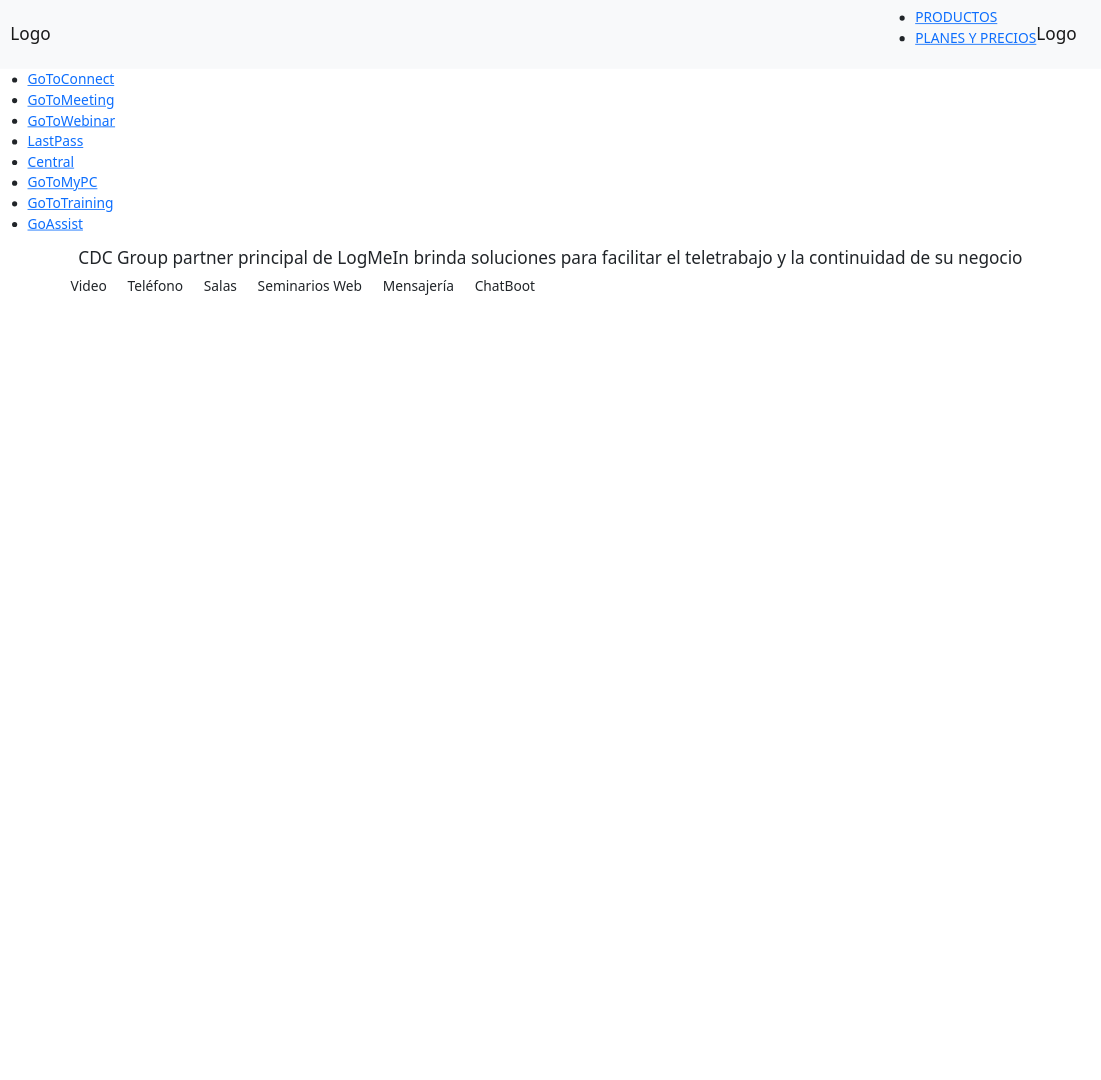
Repository: onehitwondermx/cdclogmein
Page: index.html
These files come from the project's save history. The page is drawn as it stood at one moment and after the next save; the edit follows.
The browser window is 1280 px wide. The pictures show the whole page, at 86% of full size.

Above is the page before, as saved 2021-06-03 20:29:48.

### index.html
<!DOCTYPE html>
<html lang="es">
  <head>
    <meta charset="utf-8">
    <meta name="viewport" content="width=device-width, initial-scale=1">
    <script src="https://cdn.jsdelivr.net/npm/bootstrap@5.0.1/dist/js/bootstrap.bundle.min.js" integrity="sha384-gtEjrD/SeCtmISkJkNUaaKMoLD0//ElJ19smozuHV6z3Iehds+3Ulb9Bn9Plx0x4" crossorigin="anonymous"></script>
    <link href="https://cdn.jsdelivr.net/npm/bootstrap@5.0.1/dist/css/bootstrap.min.css" rel="stylesheet" integrity="sha384-+0n0xVW2eSR5OomGNYDnhzAbDsOXxcvSN1TPprVMTNDbiYZCxYbOOl7+AMvyTG2x" crossorigin="anonymous">
    <title>LogMeIn - CDC Gropu</title>
  </head>
<body>
  <nav class="navbar navbar-expand-lg navbar-light bg-light">
    <div class="container-fluid">
        <a href="#" class="navbar-brand">Logo</a>
        <button class="navbar-toggler" type="button" data-bs-toggle="collapse" data-bs-target="#navbarText" aria-controls="navbarText" aria-expanded="false" aria-label="Toggle navigation">
          <span class="navbar-toggler-icon"></span>
        </button>
        <div class="collapse navbar-collapse" id="navbarText"></div>
        <div class="row">
            <ul>
              <li><a href="#">PRODUCTOS</a></li>
              <li><a class="dropdown-trigger" href="#" data-target="dropdown1">PLANES Y PRECIOS</a></li>
            </ul>
        </div>
        <a href="#" class="navbar-brand">Logo</a>
    </div>
  </nav>
      <!-- Dropdown Structure -->
    <ul id="dropdown1" class="dropdown-content">
      <li><a href="#">GoToConnect</a></li>
      <li><a href="#">GoToMeeting</a></li>
      <li><a href="#">GoToWebinar</a></li>
      <li><a href="#">LastPass</a></li>
      <li><a href="#">Central</a></li>
      <li><a href="#">GoToMyPC</a></li>
      <li><a href="#">GoToTraining</a></li>
      <li><a href="#">GoAssist</a></li>
    </ul>
    </div>

  <div class="container-fluid">
      <div class="row justify-content-md-center">
        <div class="col-md-auto">
          <h5 class="center-align">
            CDC Group partner principal de LogMeIn brinda soluciones para facilitar el teletrabajo y la continuidad de su negocio
          </h5>
        </div>
      </div>
  </div>
  <div class="container">
    <div class="row row-cols-auto">
      <div class="col">
        <span>Video</span>
      </div>
      <div class="col">
        <span>Teléfono</span>
      </div>
      <div class="col">
        <span>Salas</span>
      </div>
      <div class="col">
        <span>Seminarios Web</span>
      </div>
      <div class="col">
        <span>Mensajería
        </span>
      </div>
      <div class="col">
        <span>ChatBoot</span>
      </div>
    </div>
  </div>

   <br><br><br><br><br><br><br><br><br><br><br><br><br><br><br><br><br><br><br><br><br><br><br><br><br><br><br><br><br><br><br><br><br><br><br><br><br><br>
  </body>
</html>

After the next save:
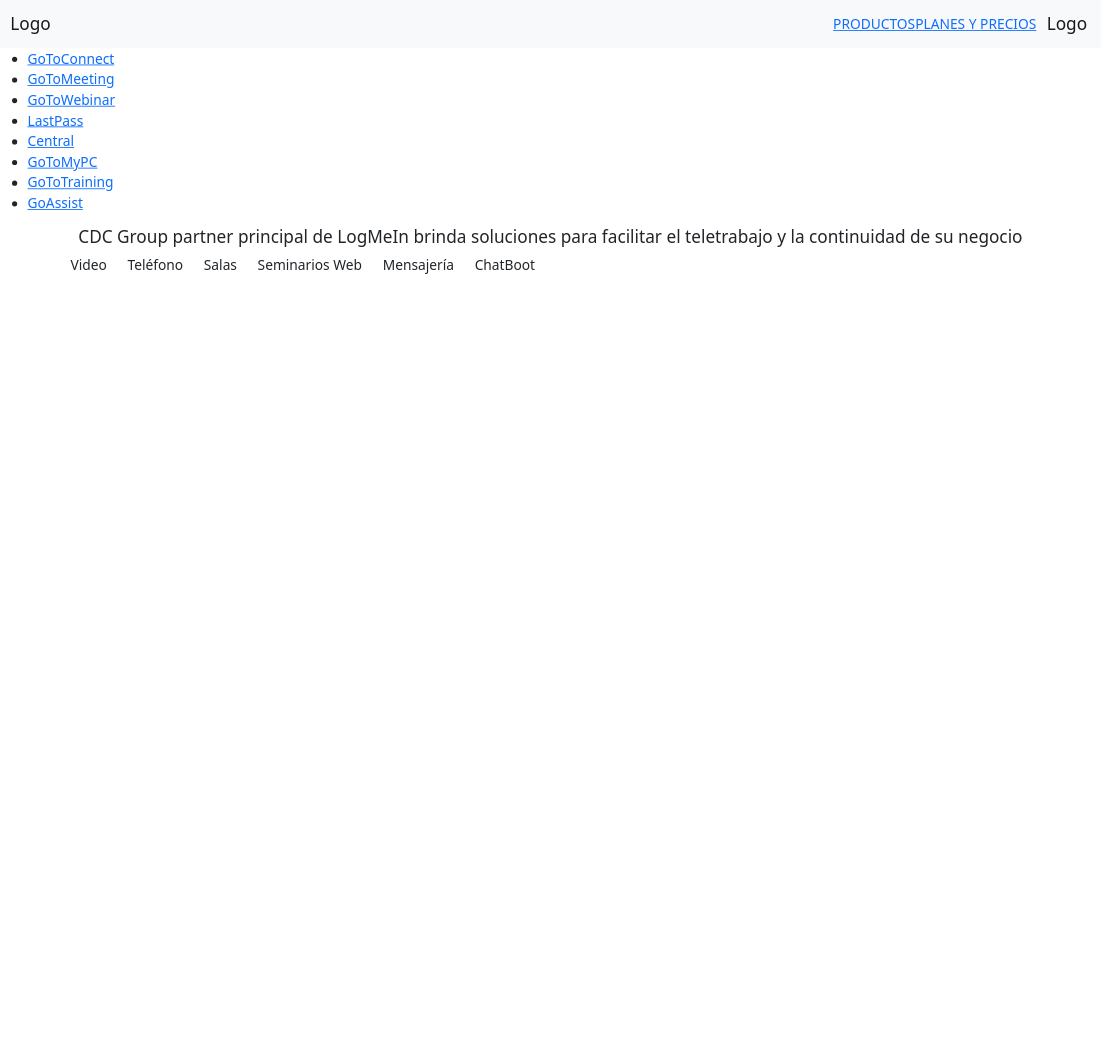
Saved 24 s later.
--- a/index.html
+++ b/index.html
@@ -15,8 +15,7 @@
           <span class="navbar-toggler-icon"></span>
         </button>
         <div class="collapse navbar-collapse" id="navbarText"></div>
-        <div class="row">
-            <ul>
+            <ul class="navbar-nav me-auto mb-2 mb-lg-0">
               <li><a href="#">PRODUCTOS</a></li>
               <li><a class="dropdown-trigger" href="#" data-target="dropdown1">PLANES Y PRECIOS</a></li>
             </ul>
